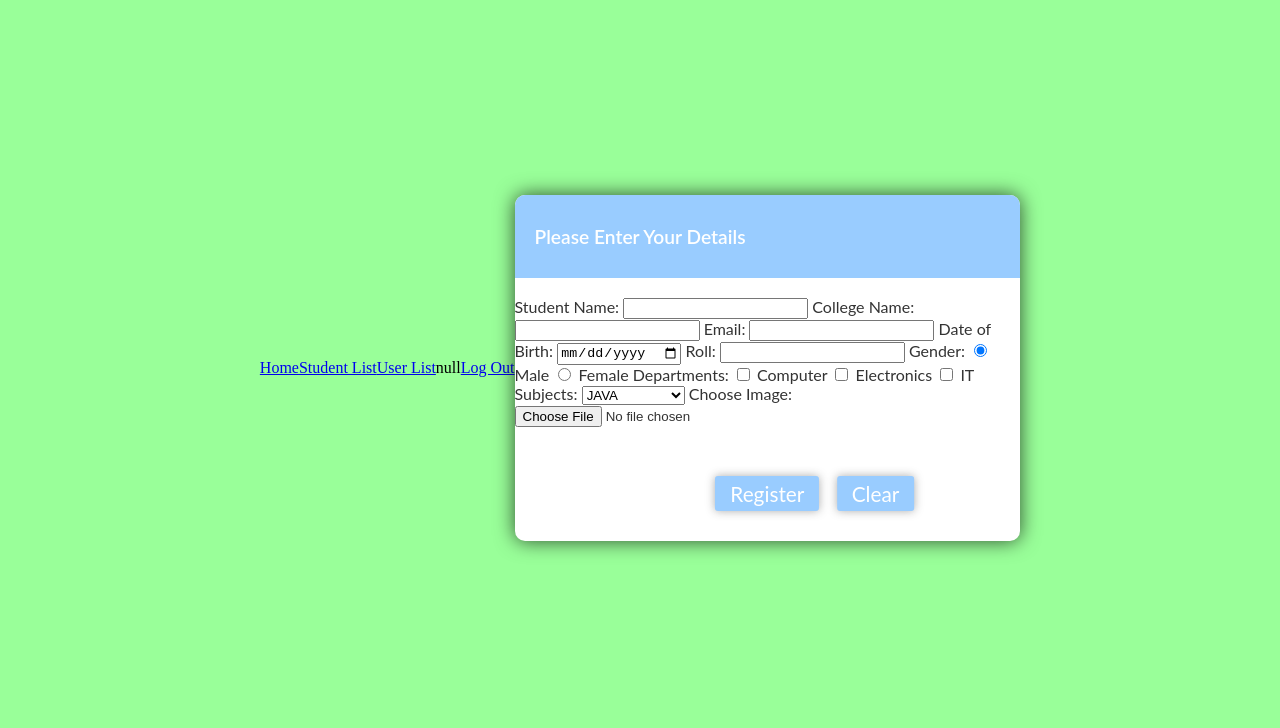
Repository: AmritOjha01/sms
Page: http://localhost/StudentManagementSystem/studentForm.jsp
An editor plug-in stored every save of this project. The page is shown before and after the next save, followed by the edit.
The browser window is 1280 px wide. The pictures show the whole page.
The page is served by Tomcat 9. The template is opened directly, without the code that normally fills it, so the values that code supplies are empty.

Above is the page before, as saved 2017-03-26 11:12:09.

After the next save:
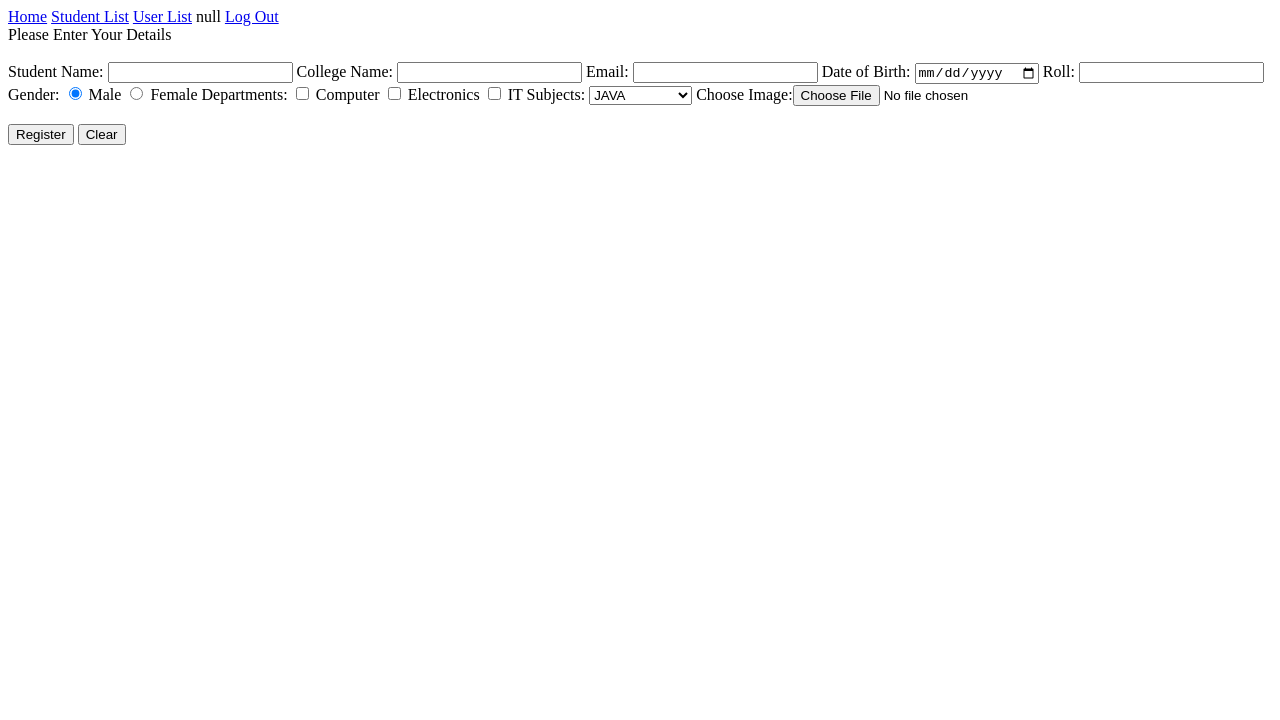
Saved 20 s later.
--- a/StudentManagementSystem/WebContent/studentForm.jsp
+++ b/StudentManagementSystem/WebContent/studentForm.jsp
@@ -5,7 +5,7 @@
 <html>
 <head>
 <meta http-equiv="Content-Type" content="text/html; charset=ISO-8859-1">
-<link rel="stylesheet" href="resources/CSS/RStyle.css">
+<!-- <link rel="stylesheet" href="resources/CSS/RStyle.css"> -->
 <title>Insert title here</title>
 <%@ include file="header.jsp"%>
 </head>
